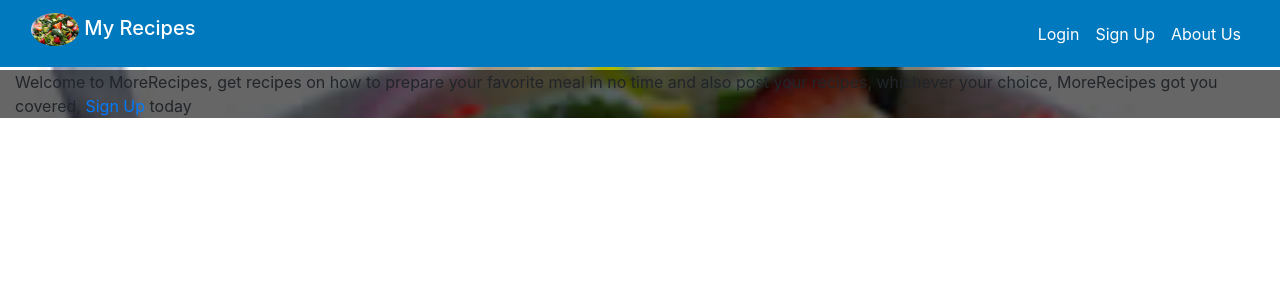
Repository: UggoPrince/more-recipes
Page: html/index.html
These files come from the project's save history. The page is drawn as it stood at one moment and after the next save; the edit follows.
The browser window is 1280 px wide. The pictures show the whole page.

Above is the page before, as saved 2018-07-30 06:42:11.

After the next save:
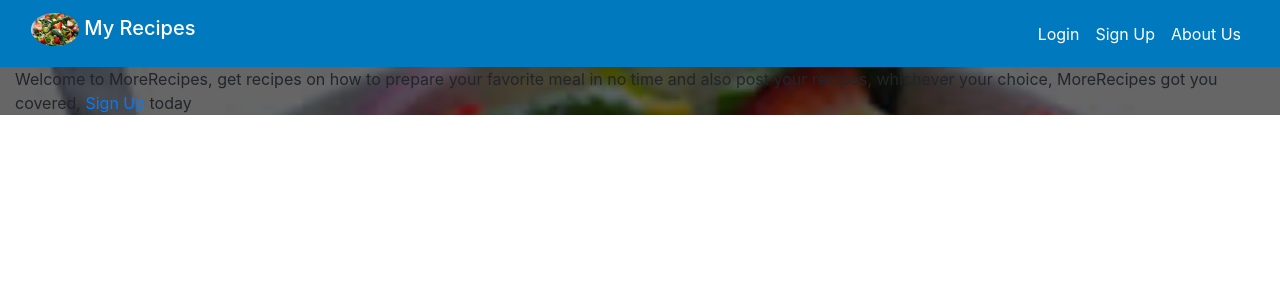
Saved 9 s later.
--- a/html/index.html
+++ b/html/index.html
@@ -14,7 +14,6 @@
       background-image: url(../img/nav-image.jpg);
       background-size: 100vw;
       background-repeat: no-repeat;
-      padding-top: 3px;
     }
     nav {
       background-color: #0079be;
